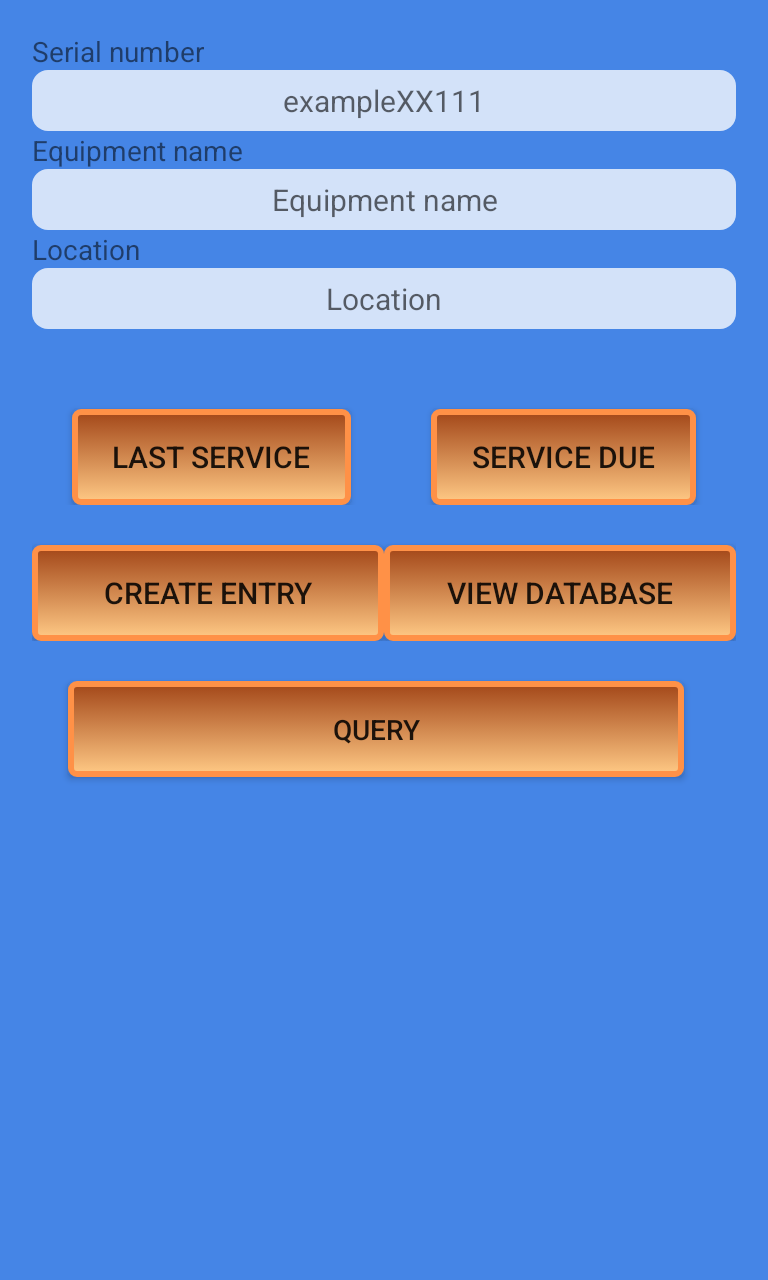
Repository: procmillie/AppKeepV9.12.14
Layout: StupidApp/res/layout/activity_database__home123.xml
These files come from the project's save history. The layout is drawn as it stood at one moment and after the next save; the edit follows.
It is drawn on a 768 x 1280 px phone screen (xhdpi) without system bars, with theme AppTheme; the app's code is not run. The app's manifest (not shown) leaves right-to-left support off. So textAlignment, textDirection and layoutDirection are ignored, and left and right values win over start and end ones.

Above is the layout before, as saved 2014-11-25 19:18:53.

After the next save:
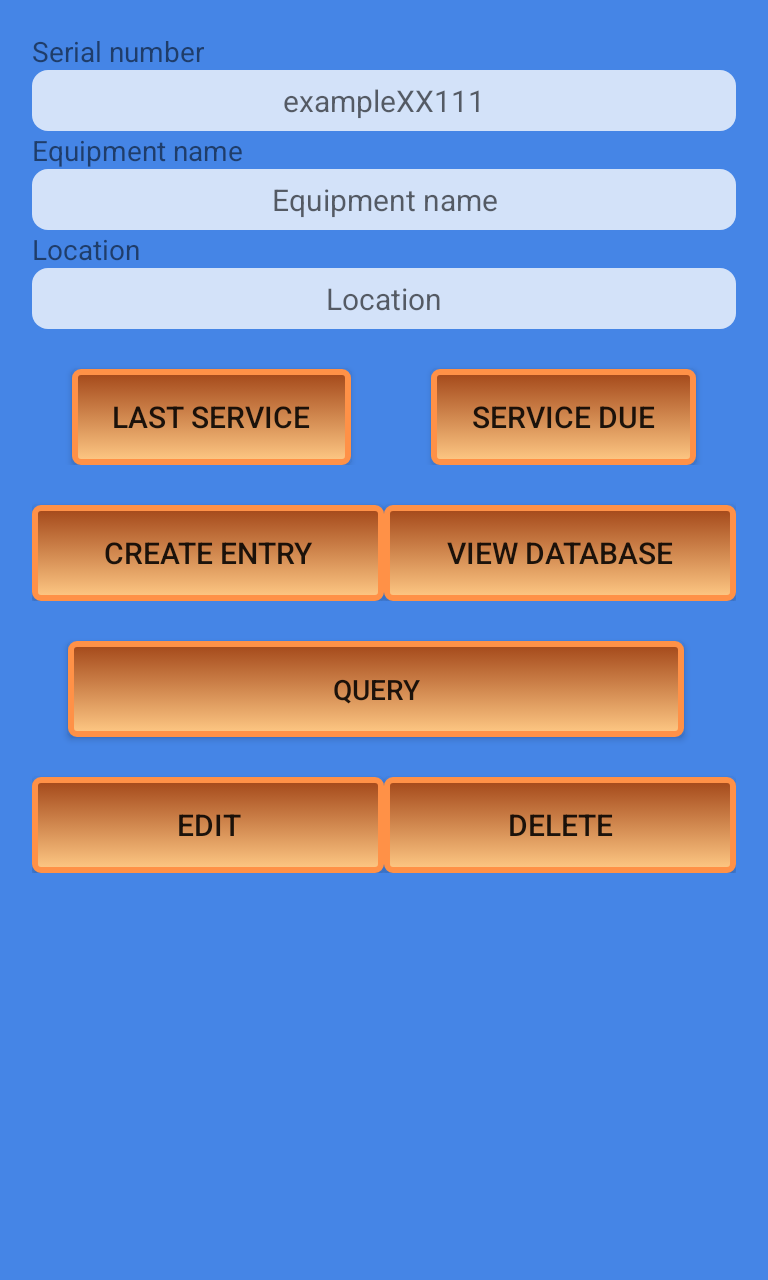
Saved 5 min 17 s later.
--- a/StupidApp/res/layout/activity_database__home123.xml
+++ b/StupidApp/res/layout/activity_database__home123.xml
@@ -86,7 +86,7 @@
             android:id="@+id/bn_db_date_last_service"
             android:layout_width="wrap_content"
             android:layout_height="wrap_content"
-            android:layout_marginTop="40dp"
+            android:layout_marginTop="20dp"
             android:layout_marginEnd="20dp"
             android:layout_marginRight="20dp"
             android:layout_marginLeft="20dp"
@@ -106,7 +106,7 @@
             android:layout_marginRight="20dp"
             android:layout_marginLeft="20dp"
             android:layout_marginStart="20dp"
-            android:layout_marginTop="40dp"
+            android:layout_marginTop="20dp"
             android:layout_weight="1"
             android:background="@drawable/button_style"
             android:paddingLeft="4dp"
@@ -171,4 +171,41 @@
         android:background="@drawable/button_style"
         android:text="@string/query" />
 
+
+    <LinearLayout
+        android:layout_width="match_parent"
+        android:layout_height="wrap_content"
+        android:orientation="horizontal" >
+
+        <Button
+            android:id="@+id/bn_db_edit"
+            android:layout_width="match_parent"
+            android:layout_height="wrap_content"
+            android:layout_marginTop="20dp"
+            android:layout_weight="50"
+            android:background="@drawable/button_style"
+            android:paddingLeft="4dp"
+            android:paddingRight="4dp"
+            android:text="@string/edit_entry"
+
+            android:textSize="15sp" />
+
+        <!-- Button to view database -->
+
+        <Button
+            android:id="@+id/bn_db_delete"
+            android:layout_width="match_parent"
+            android:layout_height="wrap_content"
+            android:layout_marginTop="20dp"
+
+            android:background="@drawable/button_style"
+            android:paddingLeft="4dp"
+            android:paddingRight="4dp"
+            android:text="@string/delete_entry"
+            android:layout_weight="50"
+            android:textSize="15sp" />
+
+
+     </LinearLayout>
+
 </LinearLayout>
--- a/StupidApp/res/values/strings.xml
+++ b/StupidApp/res/values/strings.xml
@@ -21,6 +21,9 @@
 
     <string name="view_db">View Database</string>
     <string name="num">Number</string>
+    <string name="edit_entry">Edit</string>
+      <string name="delete_entry">Delete</string>
+
 
     <!--  Manifest String names -->
     <string name="database_homescreen">Database Homescreen</string>
